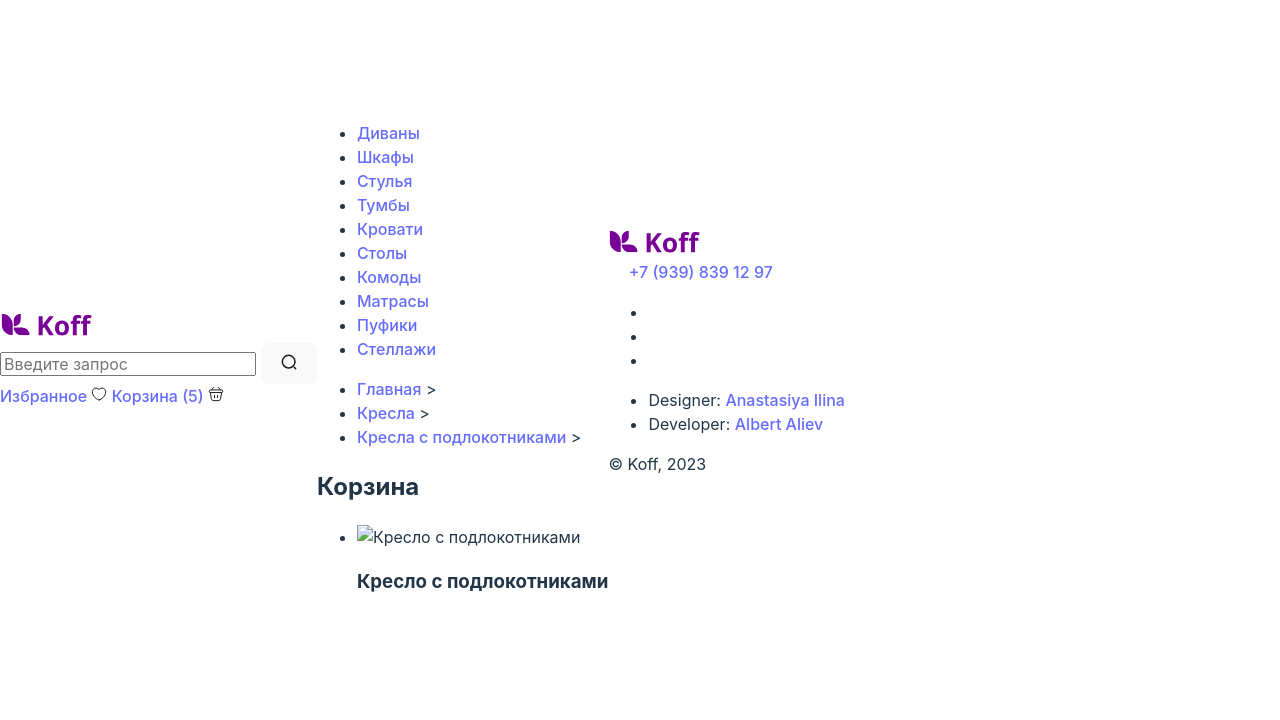
Repository: Albert24-Front-end/Koff-2-Test
Page: /
The author's editor kept a copy of each file at every save. The page is drawn from the files as they stood at one save, then again after a run of saves.
The browser window is 1280 px wide. The pictures show the whole page.
The project was rebuilt for these pictures with package versions that can differ from the ones it lists, and the page was loaded fresh each time. Also part of the build but not shown: vite.config.js.

Above is the page before, as saved 2025-02-21 13:28:02.

After the next 4 saves:
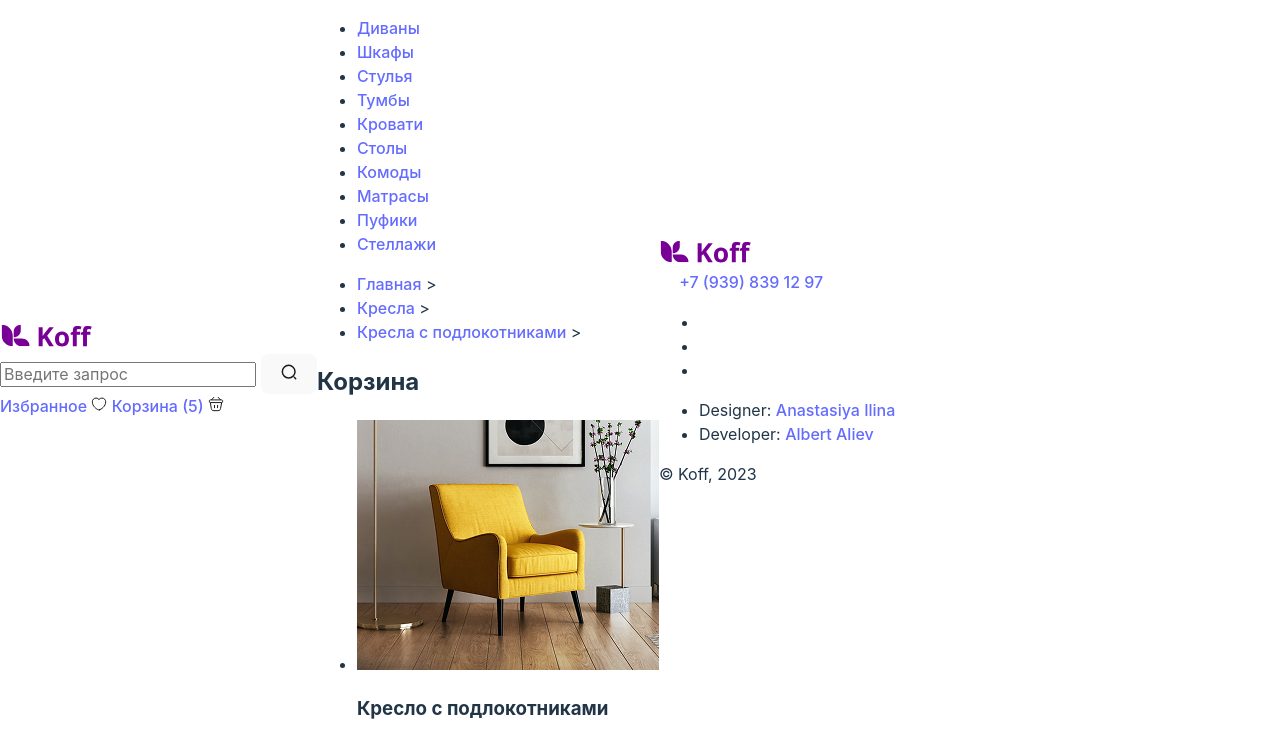
The 4 saves are shown as one change because they came seconds apart.
The last was saved 12 s later.
--- a/index.html
+++ b/index.html
@@ -259,7 +259,7 @@
           <h2 class="cart__title">Корзина</h2>
           <ul class="cart__products">
             <li class="cart__product">
-              <img src="" alt="Кресло с подлокотниками" class="cart__product-img">
+              <img src="./public/images/armchair.jpg" alt="Кресло с подлокотниками" class="cart__product-img">
               <h3 class="cart__product-title">Кресло с подлокотниками</h3>
             </li>
           </ul>
